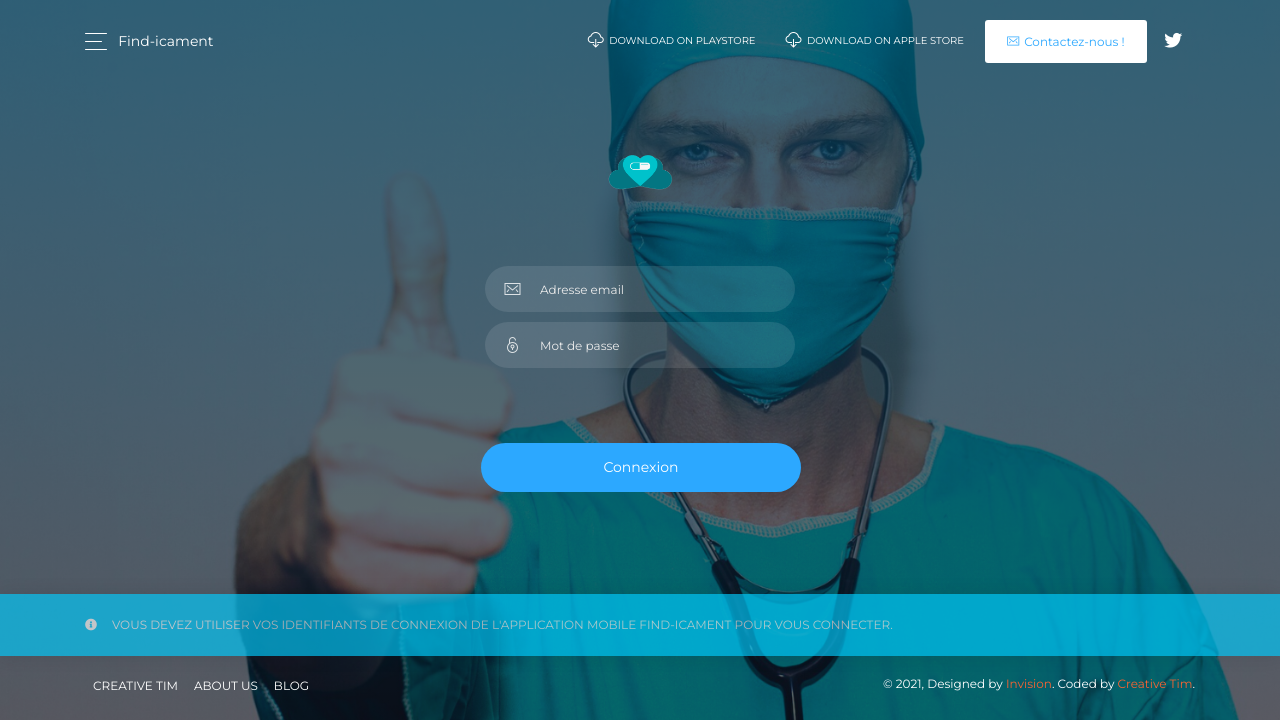
Repository: sdeschaepmeester/samanthawebsite
Page: /login-page
An editor plug-in stored every save of this project. The page is shown before and after the next save, followed by the edit.
The browser window is 1280 px wide. The pictures show the whole page.
The project was rebuilt for these pictures with package versions that can differ from the ones it lists, and the page was loaded fresh each time. Also part of the build but not shown: src/assets/demo/nucleo-icons-page-styles.css, src/components/Navbars/IndexNavbar.js, src/components/Headers/IndexHeader.js, src/components/Footers/DarkFooter.js, src/views/index-sections/Images.js, src/views/index-sections/Introduction.js, src/views/index-sections/BasicElements.js, src/views/index-sections/Navbars.js and 20 more.

Above is the page before, as saved 2021-06-01 11:16:04.

After the next save:
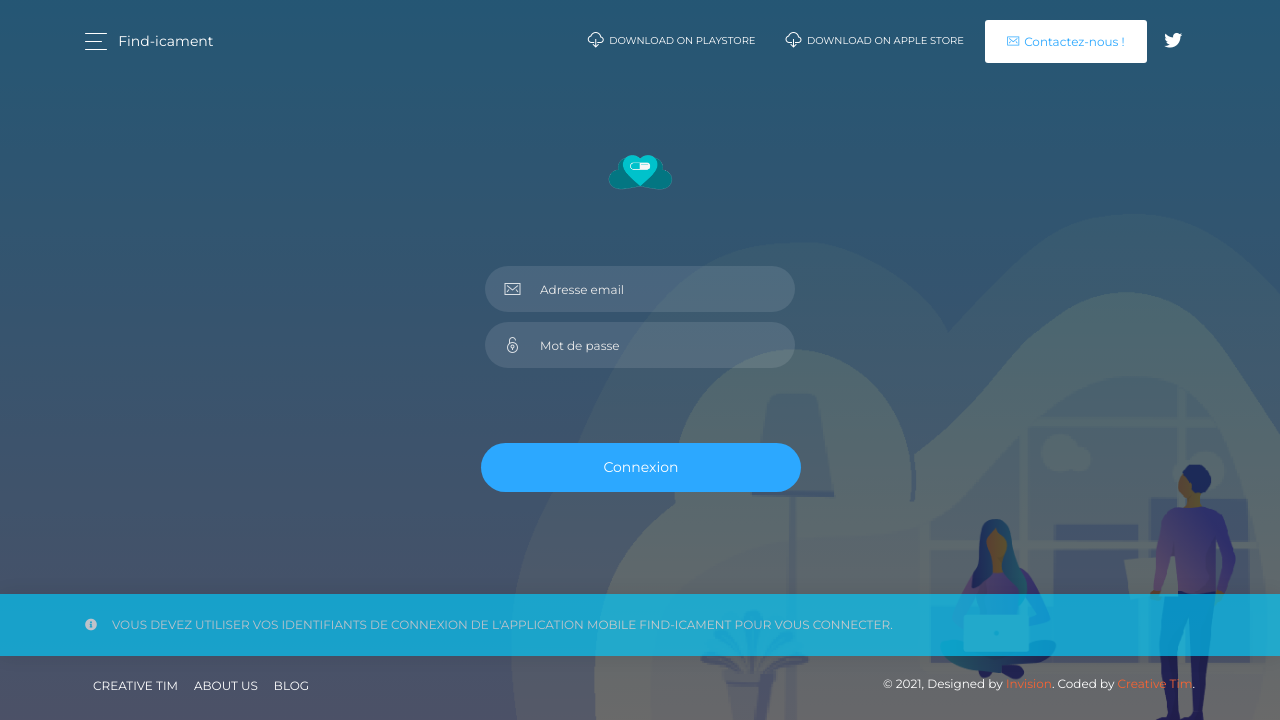
Saved 43 s later.
--- a/src/views/examples/LoginPage.js
+++ b/src/views/examples/LoginPage.js
@@ -52,18 +52,11 @@ function LoginPage() {
     <>
       <NavbarLogin />
       <div className="page-header clear-filter" filter-color="blue" >
-{/*         <div
+        <div
           className="page-header-image"
           style={{
             backgroundImage:
               "url(" + require("assets/img/login-image.png").default + ")",
-          }}
-        ></div> */}
-                <div
-          className="page-header-image"
-          style={{
-            backgroundImage:
-              "url(" + require("assets/img/header.png").default + ")",
           }}
         ></div>
         <div className="content">
